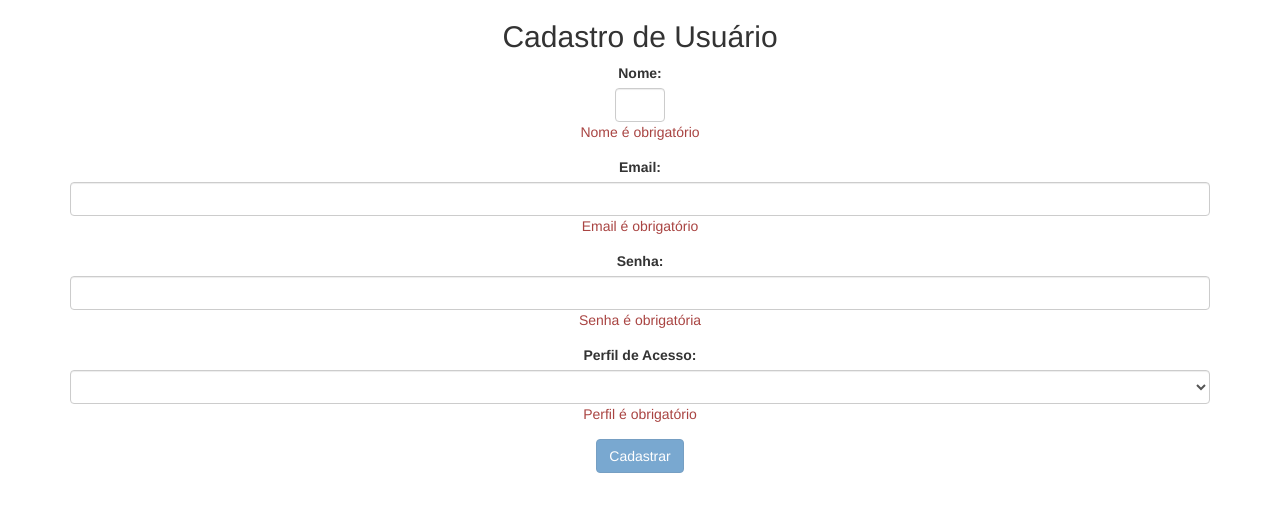
Repository: AndersonSchinemann/ProjetoSaas
Page: TopData/src/main/resources/static/views/cadastro.html
These files come from the project's save history. The page is drawn as it stood at one moment and after the next save; the edit follows.
The browser window is 1280 px wide. The pictures show the whole page.

Above is the page before, as saved 2023-11-13 15:08:35.

### TopData/src/main/resources/static/views/cadastro.html
<!-- Adicione Bootstrap CSS e AngularJS -->
<link rel="stylesheet" href="https://maxcdn.bootstrapcdn.com/bootstrap/3.3.7/css/bootstrap.min.css">

<!-- Adicione ng-bootstrap CSS e JavaScript -->
<!--<link rel="stylesheet" href="https://maxcdn.bootstrapcdn.com/bootstrap/4.5.2/css/bootstrap.min.css">-->
<script src="https://ajax.googleapis.com/ajax/libs/angularjs/1.8.2/angular.min.js"></script>
<!--<script src="https://cdnjs.cloudflare.com/ajax/libs/angular-ui-bootstrap/3.0.6/ui-bootstrap-tpls.min.js"></script>-->
<style>
  /* Adicione um estilo personalizado para ajustar a largura dos inputs */
  .custom-width-input {
    width: 50px; /* Largura desejada */
    margin: auto; /* Para centralizar horizontalmente */
  }
</style>
<!-- Seus scripts Angular -->
<script src="js/controllerCad.js"></script>

<div class="container text-center" ng-app="CadastroApp" ng-controller="CadastroController">
  <h2>Cadastro de Usuário</h2>

  <form name="formulario" ng-app>
    <div class="form-group">
      <label for="nome">Nome:</label>
      <input type="text" class="form-control custom-width-input" id="nome" ng-model="usuario.nome" name="nome" required>
      <span ng-class="{'text-danger': formulario.nome.$error.required}" ng-show="formulario.nome.$error.required">Nome é obrigatório</span>
    </div>

    <div class="form-group">
      <label for="email">Email:</label>
      <input type="email" class="form-control" id="email" ng-model="usuario.email" name="email" required>
      <span ng-class="{'text-danger': formulario.email.$error.required}" ng-show="formulario.email.$error.required">Email é obrigatório</span>
      <span ng-class="{'text-danger': formulario.email.$error.email}" ng-show="formulario.email.$error.email">E-mail inválido</span>
    </div>

    <div class="form-group">
      <label for="senha">Senha:</label>
      <input type="password" class="form-control" id="senha" ng-model="usuario.senha" name="senha" required>
      <span ng-class="{'text-danger': formulario.senha.$error.required}" ng-show="formulario.senha.$error.required">Senha é obrigatória</span>
    </div>

    <div class="form-group">
      <label for="perfil">Perfil de Acesso:</label>
      <select class="form-control" id="perfil" ng-model="usuario.perfil" name="perfil" required>
        <option value="admin">Admin</option>
        <option value="usuario">Usuário</option>
      </select>
      <span ng-class="{'text-danger': formulario.perfil.$error.required}" ng-show="formulario.perfil.$error.required">Perfil é obrigatório</span>
    </div>

    <button type="button" class="btn btn-primary" ng-click="cadastrarUsuario()" ng-disabled="formulario.$invalid || formulario.$pristine">Cadastrar</button>
  </form>
</div>

### TopData/src/main/resources/static/js/controllerCad.js
var app = angular.module('CadastroApp',  []);

app.controller('CadastroController', function($scope, $http) {
    $scope.usuario = {};

    $scope.cadastrarUsuario = function() {
        // Aqui você pode enviar os dados para o backend (Spring Boot) usando $http.post
        // Exemplo:
       for (var key in $scope.usuario) {
        if (!$scope.usuario[key]) {
          // Exibe uma mensagem de erro informando qual campo está vazio
          alert('O campo ' + key + ' é obrigatório.');
          return;
        }
      }
      $http.post('/api/usuarios', $scope.usuario)
           .then(function(response) {
		        console.log(response.data);
		        // Exibir mensagem de sucesso
		        alert('Usuário cadastrado com sucesso!');
		    })
		    .catch(function(error) {
		        console.log(error);
		        // Exibir mensagem de erro
		        alert('Erro ao cadastrar usuário. Por favor, tente novamente JS.');
			});

	}

});

After the next save:
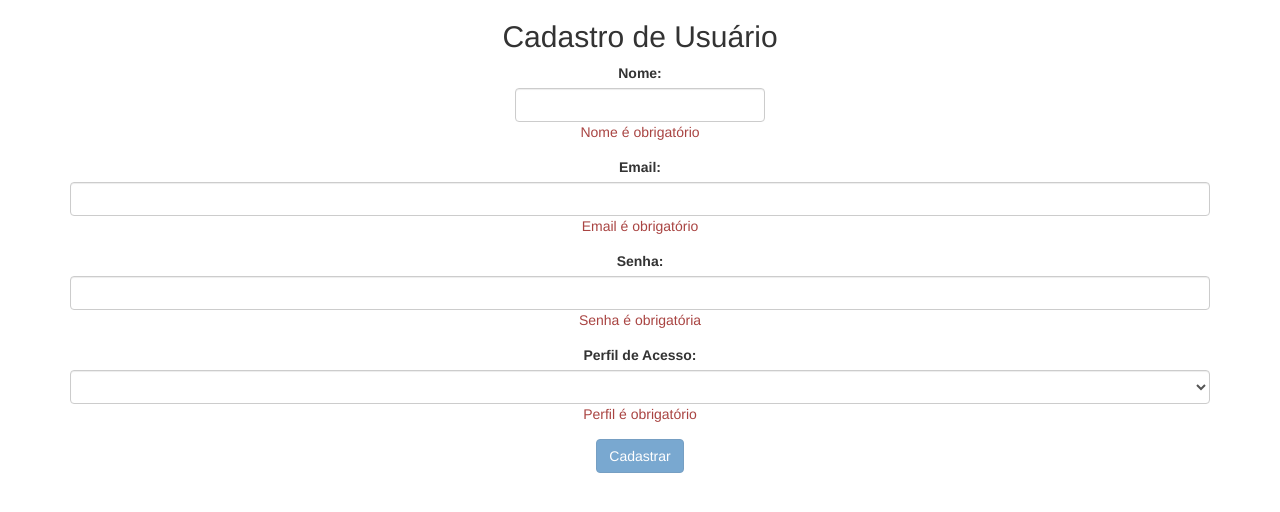
Saved 2 min 14 s later.
--- a/TopData/src/main/resources/static/views/cadastro.html
+++ b/TopData/src/main/resources/static/views/cadastro.html
@@ -8,7 +8,7 @@
 <style>
   /* Adicione um estilo personalizado para ajustar a largura dos inputs */
   .custom-width-input {
-    width: 50px; /* Largura desejada */
+    width: 250px; /* Largura desejada */
     margin: auto; /* Para centralizar horizontalmente */
   }
 </style>
